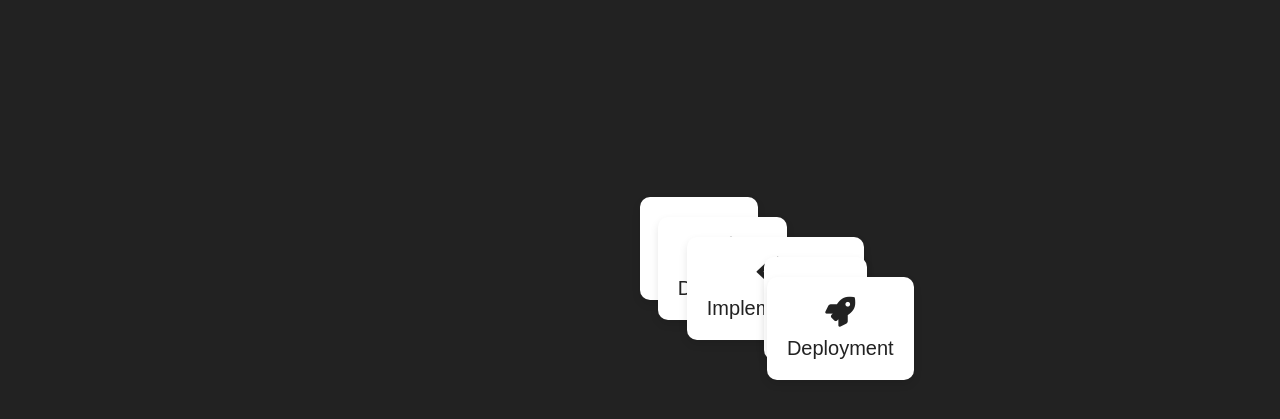
Repository: itsquadian/IT-SQUADIAN
Page: try.html
An editor plug-in stored every save of this project. The page is shown before and after the next save, followed by the edit.
The browser window is 1280 px wide. The pictures show the whole page.

Above is the page before, as saved 2024-04-13 20:21:08.

After the next save:
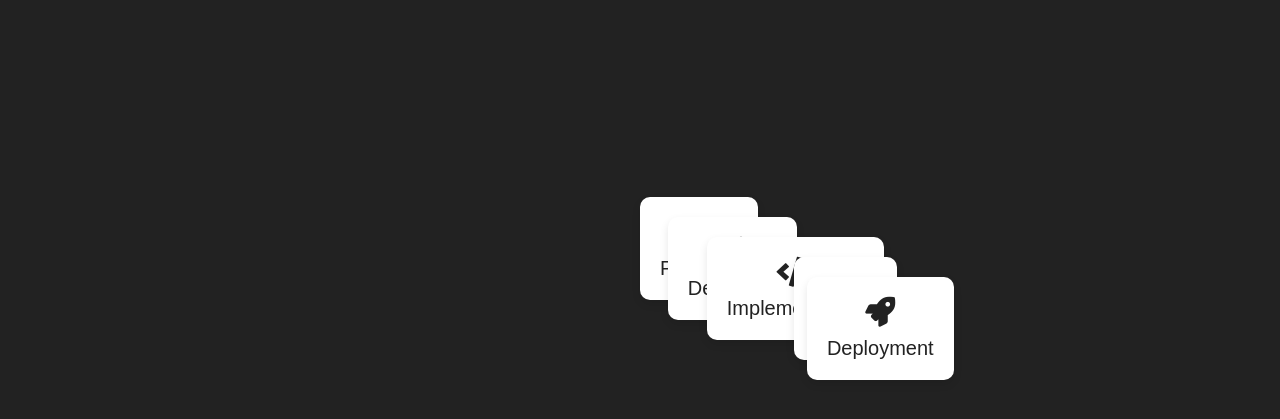
Saved 115 s later.
--- a/try.html
+++ b/try.html
@@ -62,10 +62,10 @@
     }
 
     .step:nth-child(1) { left: 400px; bottom: 80px; }
-    .step:nth-child(2) { left: 300px; bottom: 60px; }
-    .step:nth-child(3) { left: 200px; bottom: 40px; }
-    .step:nth-child(4) { left: 100px; bottom: 20px; }
-    .step:nth-child(5) { left: 0; bottom: 0; }
+    .step:nth-child(2) { left: 310px; bottom: 60px; }
+    .step:nth-child(3) { left: 220px; bottom: 40px; }
+    .step:nth-child(4) { left: 130px; bottom: 20px; }
+    .step:nth-child(5) { left: 40px; bottom: 0; }
 </style>
 </head>
 <body>
